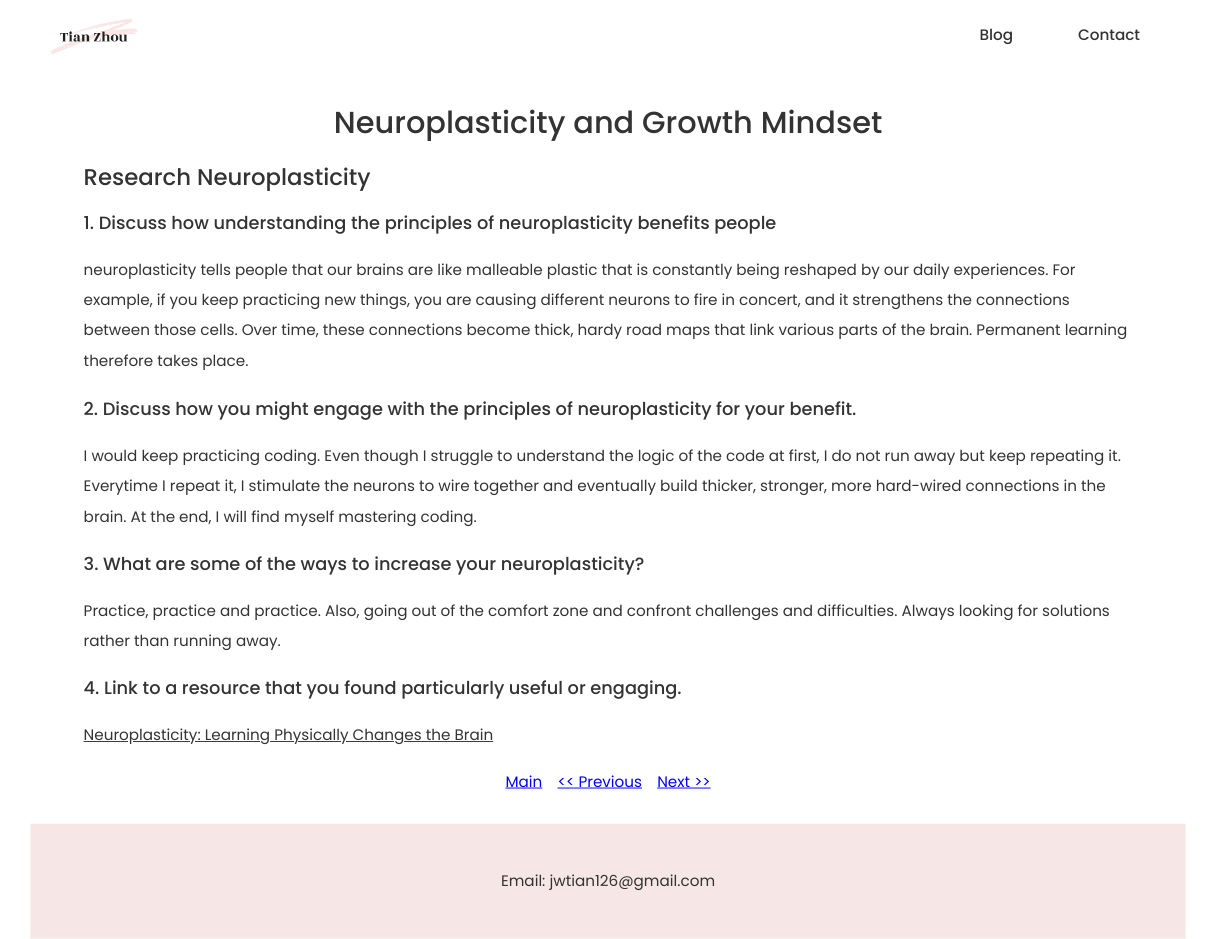
Repository: Tiaanz/Tiaanz.github.io
Page: blog/neuroplasticity.html
An editor plug-in stored every save of this project. The page is shown before and after the next save, followed by the edit.
The browser window is 1280 px wide. The pictures show the whole page, at 95% of full size.

Above is the page before, as saved 2023-01-30 14:33:09.

After the next save:
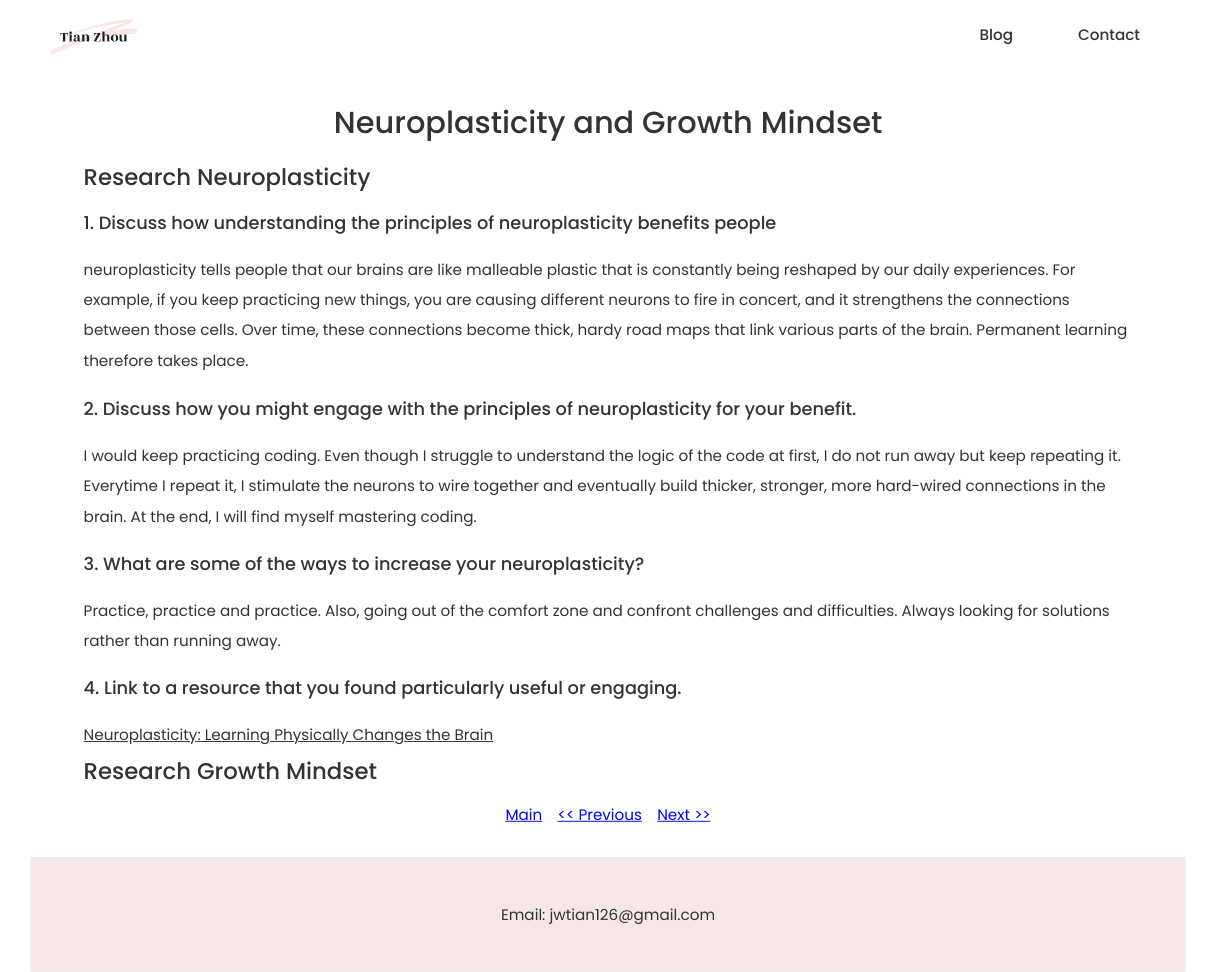
Saved 5 s later.
--- a/blog/neuroplasticity.html
+++ b/blog/neuroplasticity.html
@@ -38,7 +38,7 @@
             <p>Practice, practice and practice. Also, going out of the comfort zone and confront challenges and difficulties. Always looking for solutions rather than running away.</p>
             <h3>4. Link to a resource that you found particularly useful or engaging.</h3>
             <p><a href="https://www.edutopia.org/neuroscience-brain-based-learning-neuroplasticity">Neuroplasticity: Learning Physically Changes the Brain</a></p>
-            <h2></h2>
+            <h2>Research Growth Mindset</h2>
             <div class="page-nav">
                 <a href="../index.html">Main</a>
                 <a href="./emotional-intelligence.html"> &lt&lt Previous</a>
